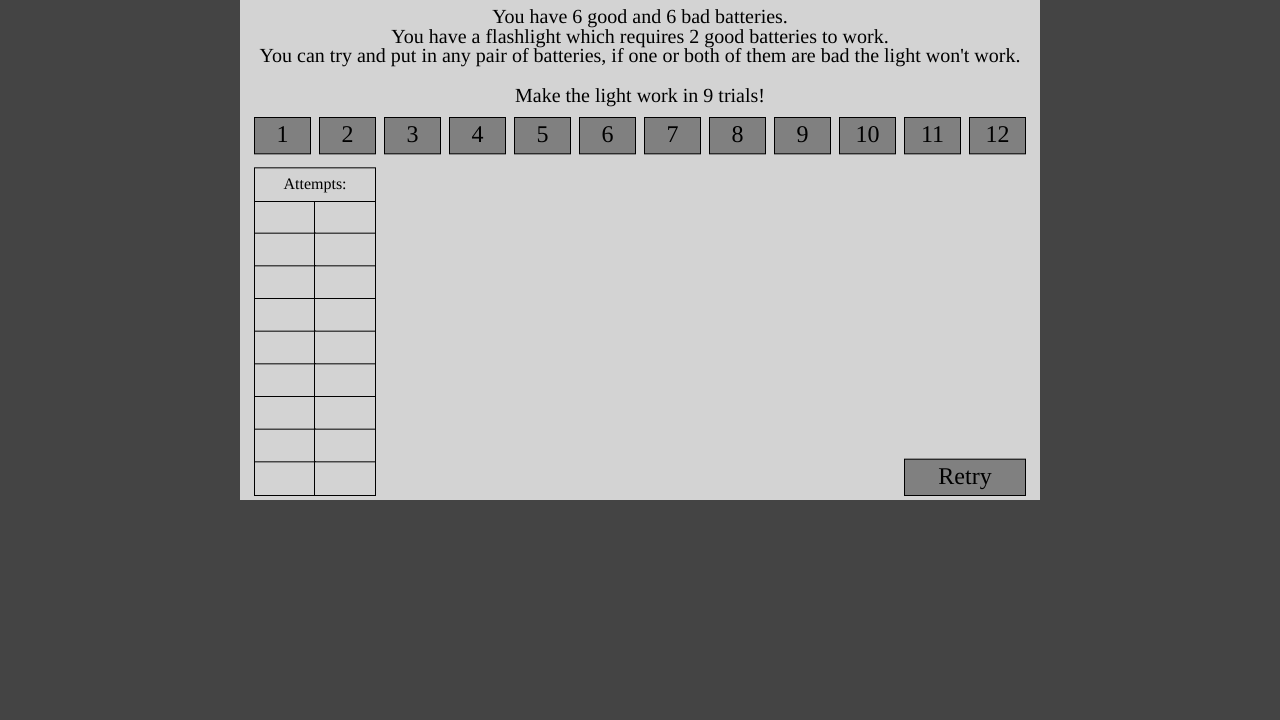
Repository: StevenZsombo/games
Page: docs/batteries/batteries.html
These files come from the project's save history. The page is drawn as it stood at one moment and after the next save; the edit follows.
The browser window is 1280 px wide. The pictures show the whole page.

Above is the page before, as saved 2025-07-04 12:00:59.

### docs/batteries/batteries.html
<!DOCTYPE html>
<html lang="en">

<head>
  <meta charset="UTF-8">
  <meta name="viewport" content="width=device-width, initial-scale=1.0">
  <title>Game by Steven Zs :)</title>
  <style>
    body {
      margin: 0;
      padding: 0;
      min-height: 100vh;
      display: flex;
      justify-content: center;
      background: #444;
    }

    #canvasContainer {
      margin: 0;
      max-width: 800px;
      max-height: 500px;
      width: 100%;
      background: #000000;
    }

    #canvasContainer.full {
      position: fixed;
      top: 0;
      left: 0;
      right: 0;
      bottom: 0;
      margin: 0;
      max-width: none;
      max-height: none;
      display: flex;
      align-items: center;
      justify-content: center;
    }

    canvas {
      display: block;
      background: #000000;
      aspect-ratio: 800/500;
      width: 100%;
      height: auto;
    }

    #canvasContainer.full canvas {
      width: min(100vw, calc(100vh * 1.6));
      height: min(100vh, calc(100vw / 1.6));
      max-width: none;
      max-height: none;
    }
  </style>
</head>

<body id="body">
  <div id="canvasContainer">
    <canvas id="myCanvas" width="800" height="500"></canvas>
  </div>

  <script>
    function fullscreenToggle() {
      document.getElementById('canvasContainer').classList.toggle('full');
    }
  </script>
  <script src="MM.js"></script>
  <script src="scripts.js"></script>
  <script src="animations.js"></script>
  <script src="gui.js"></script>
  <script src="batteries.js"></script>
</body>

</html>

### docs/batteries/batteries.js
//should import scripts.js
const framerateUnlocked = false
const denybuttons = false
const showFramerate = false

window.onload = function () {
    let canvas = document.getElementById("myCanvas")
    canvas.style.touchAction = 'none'
    canvas.style.userSelect = 'none'
    canvas.style.webkitUserDrag = 'none'
    document.addEventListener('dragover', (e) => {
        e.preventDefault()
        e.stopPropagation()
    }
    )
    document.addEventListener('drop', (e) => {
        e.preventDefault()
        e.stopPropagation()
    }
    )
    canvas.tabIndex = 0
    //canvas.focus()
    beforeMain(canvas)
}

const beforeMain = function (canvas) {
    const cropper = new Cropper()
    const cont = {}
    main(canvas)
    /*
    cropper.load_images("cats.png arrows.png".split(" "), cont, () => {
        files.push(cont["cats.png"])
        files.push(cont["arrows.png"])
        main(canvas)
    })
    */


}

const main = function (canvas) {
    canvas ??= document.getElementById("myCanvas")
    if (game !== undefined) { game.isRunning = false }
    game = new Game(canvas)
    game.tick()
}

class Game {
    constructor(canvas) {
        this.canvas = canvas
        this.screen = canvas.getContext("2d")
        this.WIDTH = canvas.width
        this.HEIGHT = canvas.height
        this.SIZE = {
            x: this.WIDTH,
            y: this.HEIGHT
        }
        this.rect = new Rect(0, 0, this.WIDTH, this.HEIGHT)
        this.BGCOLOR = stgs.BGCOLOR ?? "lightgray"
        //null for transparent
        this.CENTER = {
            x: this.SIZE.x / 2,
            y: this.SIZE.y / 2
        }

        this.mouser = new Mouser(canvas)
        this.keyboarder = new Keyboarder(denybuttons)
        this.framerate = new Framerater(showFramerate)
        this.framerateUnlocked = framerateUnlocked //redundant unless reused
        this.animator = new Animator()

        this.on_update_extras = []
        this.on_draw_extras = []
        this.extras = []

        this.layers = Array(10).fill().map(x => [])
        this.clickables = []

        showFramerate && this.add_clickable(this.framerate.button)


        this.lastCycleTime = Date.now()

        this.isRunning = true
        this.isDrawing = true

        this.initialize()
        this.initialize_more()
    }
    initialize() {

    }

    tick() {
        if (!this.isDrawing) {
            this.drawnAlready = true
        }
        if (!this.isRunning) {
            return
        }
        const now = Date.now()
        const dt = (now - this.lastCycleTime)
        this.lastCycleTime = now

        const screen = this.screen
        this.drawnAlready ? null : this.draw_reset(screen)
        this.update(dt)
        this.update_more(dt)
        this.on_update_extras.forEach(x => x.call(this))
        this.drawnAlready ? null : this.draw(screen)
        this.drawnAlready ? null : this.draw_more(screen)
        this.on_draw_extras.forEach(x => x.call(this))
        this.next_loop()
        this.next_loop_more()
        this.extras.forEach(x => x.call(this))
        this.extras.length = 0
        if (!this.isRunning) {
            return
        }

        this.framerate.update(dt, this.drawnAlready)
        if (!this.framerateUnlocked) {
            requestAnimationFrame(this.tick.bind(this))
        } else {
            setTimeout(this.tick.bind(this), 0)
            if (!this.drawnAlready) {
                this.drawnAlready = true
                requestAnimationFrame((function () { this.drawnAlready = false }).bind(this))
                this.animator.draw()
            }
        }




    }

    update(dt) {
        //update
        const now = Date.now()
        this.keyboarder.update(dt, now)
        this.update_clickables(dt)
        this.animator.update(dt)
        this.update_more(dt)

    }

    update_clickables(dt) {
        for (const b of this.clickables) {
            b.check(this.mouser.x, this.mouser.y, this.mouser.clicked, this.mouser.released, this.mouser.held)
        }

    }

    draw(screen) {
        //draw
        this.draw_layers(screen)
        this.framerate.draw(screen)

    }

    draw_reset(screen) {
        if (this.BGCOLOR) {
            screen.fillStyle = this.BGCOLOR
            screen.fillRect(0, 0, this.WIDTH, this.HEIGHT)
        } else {
            screen.clearRect(0, 0, this.WIDTH, this.HEIGHT)
        }
    }

    draw_layers(screen) {
        for (const layer of this.layers) {
            for (const item of layer) {
                item.draw(screen)
            }
        }
    }

    next_loop() {
        this.mouser.next_loop()
        this.keyboarder.next_loop()
    }
    close() {
        this.isRunning = false
        setTimeout(x => game.screen.fillRect(0, 0, game.WIDTH, game.HEIGHT), 100)

    }
    add_clickable(items, layer = 5) {
        if (!Array.isArray(items)) {
            items = [items]
        }
        for (const item of items) {
            this.add_drawable(item, layer)
            this.clickables.push(item)
        }
    }
    add_drawable(items, layer = 5) {
        if (!Array.isArray(items)) {
            items = [items]
        }
        for (const item of items) {
            this.layers[layer].push(item)
        }
    }
    remove_clickable(item) {
        this.clickables = this.clickables.filter(x => x !== item)
        this.layers = this.layers.map(x => x.filter(y => y !== item))
    }

    ////////////////////////////////////////////////////////////////////////////////////////////////////////////////////
    ////////////////////////////////////////////////////////////////////////////////////////////////////////////////////
    ////////////////////////////////////////////////////////////////////////////////////////////////////////////////////
    ////////////////////////////////////////////////////////////////////////////////////////////////////////////////////
    ////////////////////////////////////////////////////////////////////////////////////////////////////////////////////
    ///                                             customize here                                                   ///
    /// ////////////////////////////////////////////////////////////////////////////////////////////////////////////////
    ///                                                                                                              ///
    ///         these are called  when appropriate                                                                   ///
    ///                                                                                                              ///
    ///         initialize_more                                                                                      ///
    ///         draw_more                                                                                            ///
    ///         update_more                                                                                          ///
    ///         next_loop_more                                                                                       ///
    ///                                                                                                              ///
    ///                                                                                                              ///
    ///                                                                                                              ///
    ///                                                                                                              ///
    ///                                                                                                              ///
    ///                                                                                                              ///
    ///                                                                                                              ///
    ///                                                                                                              ///
    ///                                                                                                              ///
    ///                                                                                                              ///
    ///                                                                                                              ///
    ///                                                                                                              ///
    ///                                                                                                              ///
    ///                                                                                                              ///
    ///                                             INITIALIZE                                                       ///
    /// start initialize_more:::::::::::::::::::::::::::::::::::::::::::::::::::::::::::::::::::::::::::::::::::::::::::
    initialize_more() {


        this.grid = this.rect.copy.
            deflate(20, 10).
            splitRow(3, 2, 10).
            map(x => Button.fromRect(x, { transparent: true }))
        this.add_clickable(this.grid[0])
        this.grid[0].fontsize = 20
        this.grid[0].txt =
            `You have 6 good and 6 bad batteries.
You have a flashlight which requires 2 good batteries to work.
You can try and put in any pair of batteries, if one or both of them are bad the light won't work.

Make the light work in 9 trials!
`

        this.batteries = this.grid[1].splitCol(...Array(12).fill(1)).map(Button.fromRect).map((b, i) => {
            b.deflate(10, 30)
            b.txt = i + 1
            b.fontsize = 24
            return b
        })
        this.add_clickable(this.batteries)
        this.grid[0].topat(0)
        this.grid[0].bottomstretchat(this.batteries[0].top)
        this.grid[0].move(0, 8)

        this.tablebg = this.grid[2].splitCol(1, 3)[0]
        this.tablebg.leftat(this.batteries[0].left)
        this.tablebg.rightstretchat(this.batteries[1].right)

        this.table = this.tablebg.splitRow(...Array(10).fill(1))
        this.table = this.table.map((b, i) => i == 0 ? Button.fromRect(b) : b.splitCol(1, 1).map(Button.fromRect))
        this.tablebg = Button.fromRect(this.tablebg)
        this.add_clickable(this.table.slice(1).flat())
        this.add_clickable(this.table[0])
        //this.add_clickable(this.tablebg, 3)
        this.table.flat().forEach(b => {
            b.fontsize = 16
            b.color = null
        })
        this.table[0].txt = "Attempts:"

        //logic
        this.attempts = {
            count: 0,
            track: [],
            first: null
        }
        this.alloptions = [...MM.combinations([...MM.range(1, 13)], 6)]
        this.victory = () => {
            const lab = new Button()
            this.add_clickable(lab)
            lab.leftat(this.batteries[2].left)
            lab.topat(this.table[3][0].top)
            lab.rightstretchat(this.batteries.at(-1).right)
            lab.bottomstretchat(this.table[6][0].bottom)
            lab.transparent = true
            lab.fontsize = 24

            if (this.alloptions.length != 0) { //you lose
                const badones = MM.choice(this.alloptions).map(i => i - 1)
                this.batteries.forEach((b, i) => {
                    b.color = badones.includes(i) ? "red" : "green"
                })
                this.table.slice(1).flat().forEach(b => {
                    b.color = badones.includes(b.txt - 1) ? "red" : "green"
                })
                lab.txt =
                    `Each of your attempts had a bad battery in them,
so you could not make the light work.`
            } else {  //you win!
                lab.txt = "Congratulations! You made the light work!"
                const a = () => new Anim(lab, 300, "step", { varName: "fontsize", startVal: lab.fontsize, endVal: 32 })
                const b = () => new Anim(lab, 600, "stepMany", {
                    varNames: ["rad", "fontsize"],
                    endVals: [TWOPI, 32],
                    startVals: [0, 32]
                })
                const c = () => new Anim(lab, 300, "step", { varName: "fontsize", startVal: 32, endVal: lab.fontsize })

                this.animator.add_sequence(
                    a(), b(), c(), a(), b(), c(), a(), b(), c()
                )
            }
        }
        this.makeattempt = (i) => {
            if (this.attempts.first !== i) {
                if (!this.attempts.first) {
                    this.attempts.first = i
                    this.batteries[i - 1].color = "lightblue"
                } else {
                    this.attempts.count++
                    this.attempts.track.push([this.attempts.first, i])
                    this.batteries[i - 1].color = "lighblue"
                    this.batteries[this.attempts.first - 1].color = "lightblue"
                    this.batteries.forEach(x => x.interactable = false)
                    this.animator.add_anim(this.batteries[i - 1], 80, "wiggle", { dx: 5, dy: 5 })
                    this.animator.add_anim(this.batteries[this.attempts.first - 1], 80, "wiggle", {
                        dx: 5, dy: 5,
                        on_end: () => {
                            if (this.attempts.count == 9) { return }
                            this.batteries[this.attempts.first - 1].color = "gray"
                            this.batteries[i - 1].color = "gray"
                            this.attempts.first = null
                            this.batteries.forEach(x => x.interactable = true)
                        }
                    })
                    const [u, w] = this.attempts.track.at(-1)
                    //alloptions = [x for x in alloptions if a in x or b in x]
                    this.alloptions = this.alloptions.filter(x => x.includes(u) || x.includes(w))
                    this.table[this.attempts.count][0].txt = u
                    this.table[this.attempts.count][1].txt = w
                    if (this.attempts.count == 9) {
                        this.victory()
                        this.batteries.forEach(x => x.interactable = false)
                    }

                }
            }
        }

        this.batteries.forEach((b, i) => b.on_click = this.makeattempt.bind(this, i + 1))

        const retry = Button.fromButton(this.batteries.at(-2), { on_click: main })
        retry.bottomat(this.table.at(-1)[0].bottom)
        retry.rightstretchat(this.batteries.at(-1).right)
        retry.color = "gray"
        retry.txt = "Retry"
        this.add_clickable(retry)



    }
    ///end initialize_more^^^^^^^^^^^^^^^^^^^^^^^^^^^^^^^^^^^^^^^^^^^^^^^^^^^^^^^^^^^^^^^^^^^^^^^^^^^^^^^^^^^^^^^^^^^^
    ///                                         ^^^^INITIALIZE^^^^                                                   ///
    ///                                                                                                              ///
    ///                                               UPDATE                                                         ///
    /// start update_more:::::::::::::::::::::::::::::::::::::::::::::::::::::::::::::::::::::::::::::::::::::::::::::::
    update_more(dt) {





    }
    ///end update_more^^^^^^^^^^^^^^^^^^^^^^^^^^^^^^^^^^^^^^^^^^^^^^^^^^^^^^^^^^^^^^^^^^^^^^^^^^^^^^^^^^^^^^^^^^^^^^^^
    ///                                           ^^^^UPDATE^^^^                                                     ///
    ///                                                                                                              ///
    ///                                                DRAW                                                          ///
    ///start update_more::::::::::::::::::::::::::::::::::::::::::::::::::::::::::::::::::::::::::::::::::::::::::::::::
    draw_more(screen) {





    }
    ///end draw_more^^^^^^^^^^^^^^^^^^^^^^^^^^^^^^^^^^^^^^^^^^^^^^^^^^^^^^^^^^^^^^^^^^^^^^^^^^^^^^^^^^^^^^^^^^^^^^^^^^
    ///                                            ^^^^DRAW^^^^                                                      ///
    ///                                                                                                              ///
    ///                                              NEXT_LOOP                                                       ///
    ///start next_loop_more:::::::::::::::::::::::::::::::::::::::::::::::::::::::::::::::::::::::::::::::::::::::::::::
    next_loop_more() {

    }
    ///end next_loop_more^^^^^^^^^^^^^^^^^^^^^^^^^^^^^^^^^^^^^^^^^^^^^^^^^^^^^^^^^^^^^^^^^^^^^^^^^^^^^^^^^^^^^^^^^^^^^
    ///                                          ^^^^NEXT_LOOP^^^^                                                   ///
    ///                                                                                                              ///
    ///                                                                                                              ///
    /// ////////////////////////////////////////////////////////////////////////////////////////////////////////////////
} //this is the last closing brace

/// dev options
const dev = {

}/// end of dev
/// settings
const stgs = {


}

/**@type {Image[]} */
const files = []

/** @type {Game}*/
var game

Loaded but not shown: docs/batteries/scripts.js (726 lines, source omitted); docs/batteries/MM.js (382 lines, source omitted); docs/batteries/animations.js (422 lines, source omitted); docs/batteries/gui.js (277 lines, source omitted)

After the next save:
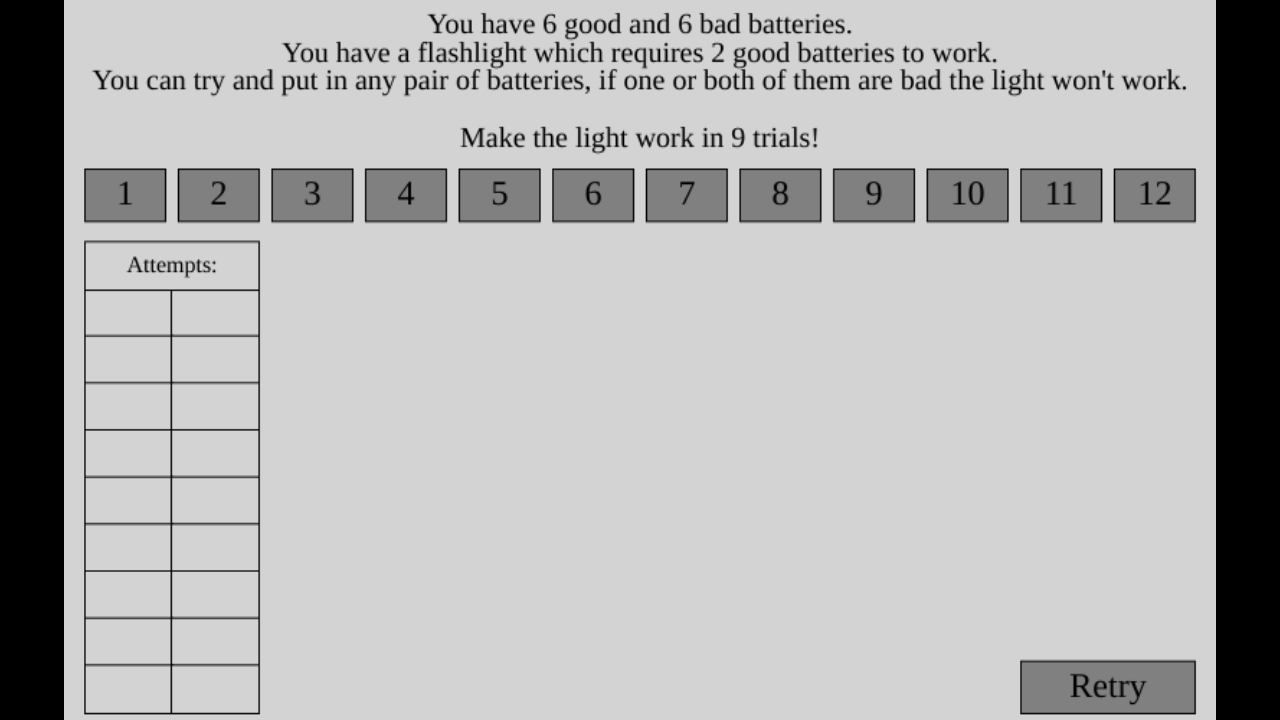
Saved 77 s later.
--- a/docs/batteries/batteries.js
+++ b/docs/batteries/batteries.js
@@ -2,6 +2,7 @@
 const framerateUnlocked = false
 const denybuttons = false
 const showFramerate = false
+const startOnFullscreen = true
 
 window.onload = function () {
     let canvas = document.getElementById("myCanvas")
@@ -62,7 +63,7 @@ class Game {
             x: this.SIZE.x / 2,
             y: this.SIZE.y / 2
         }
-
+        fullscreenToggle(startOnFullscreen)
         this.mouser = new Mouser(canvas)
         this.keyboarder = new Keyboarder(denybuttons)
         this.framerate = new Framerater(showFramerate)
@@ -83,7 +84,6 @@ class Game {
 
         this.isRunning = true
         this.isDrawing = true
-
         this.initialize()
         this.initialize_more()
     }
